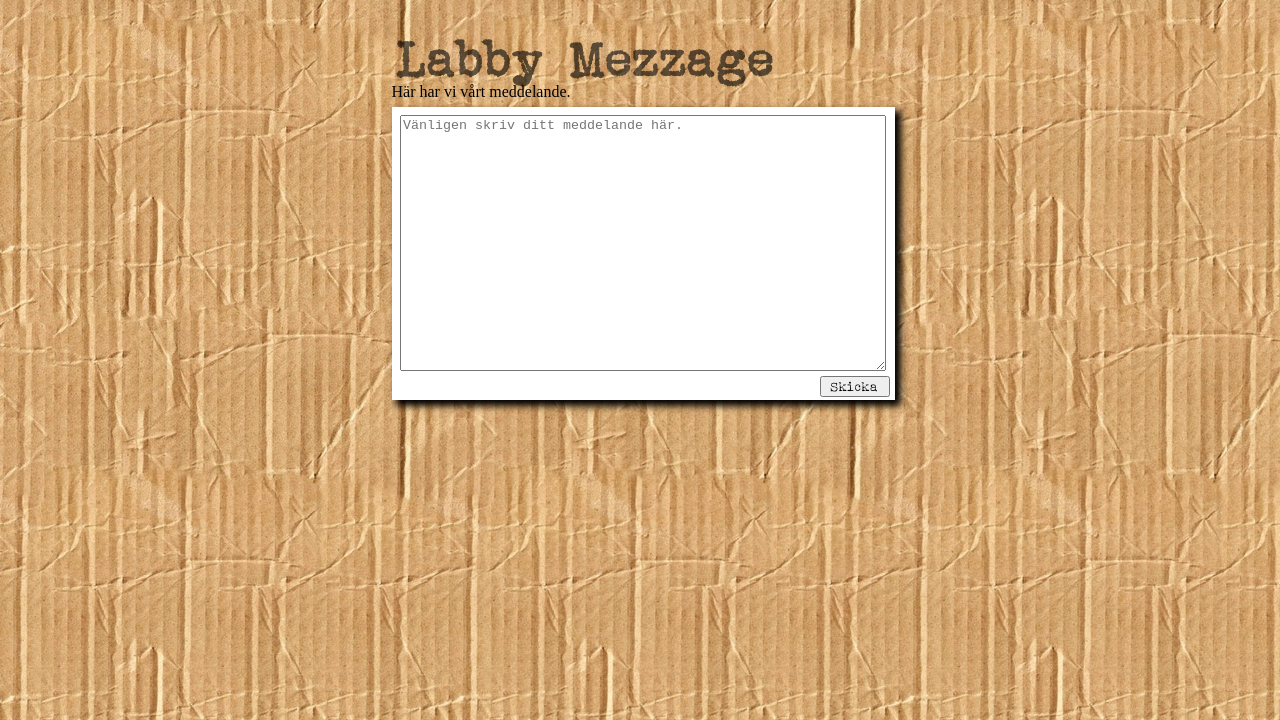
Repository: mw222rs/1dv403-laborationer
Page: 2-labbymezzage/index.html
The author's editor kept a record of every edit. The page is drawn from the files as they stood at one moment, then again after the next edit.
The browser window is 1280 px wide. The pictures show the whole page.

Above is the page before.
Console error: TypeError: Cannot set properties of null (setting 'innerHTML')

After the next edit:
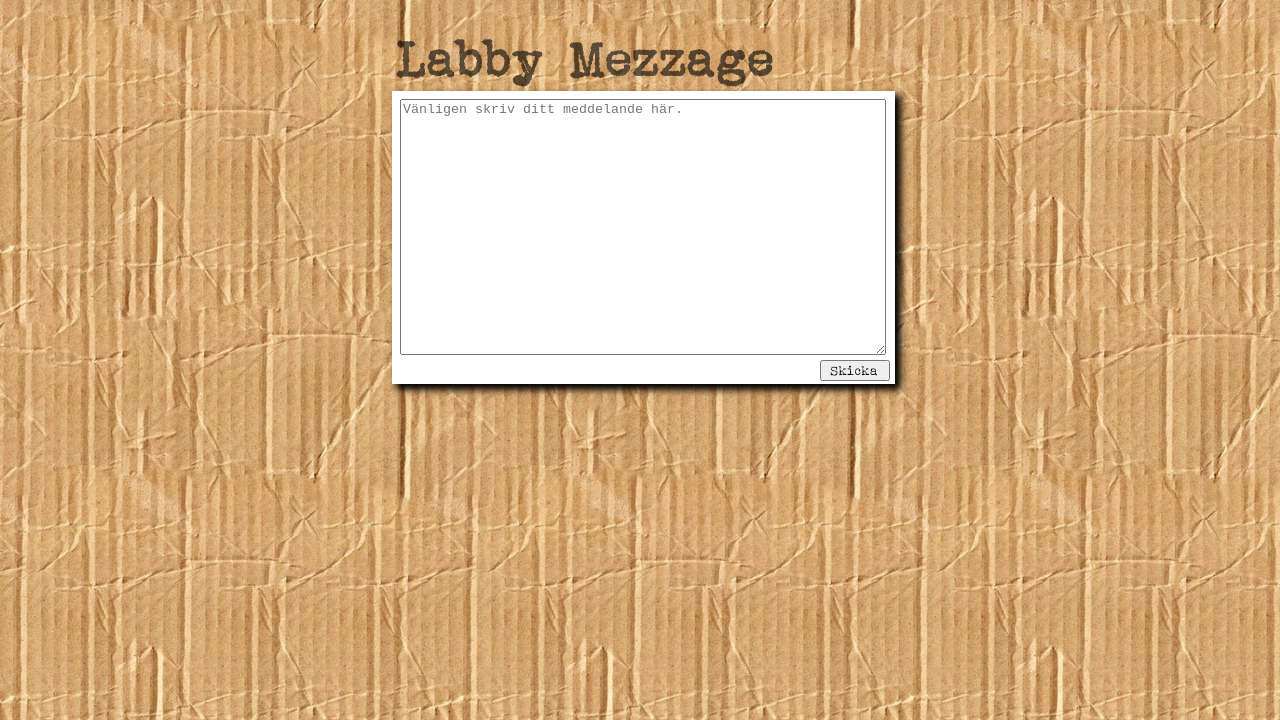
The edit:
--- a/2-labbymezzage/index.html
+++ b/2-labbymezzage/index.html
@@ -10,10 +10,7 @@
     <body>
         <div id="page">
             <h1>Labby Mezzage</h1>
-
-            <div class="message"><p class="messageText"></p></div>
-
-            <div class="message"><p>Här har vi vårt meddelande.</p></div>
+            <div class="messageText"></div>
 
             <div id="board">
                 <form>
